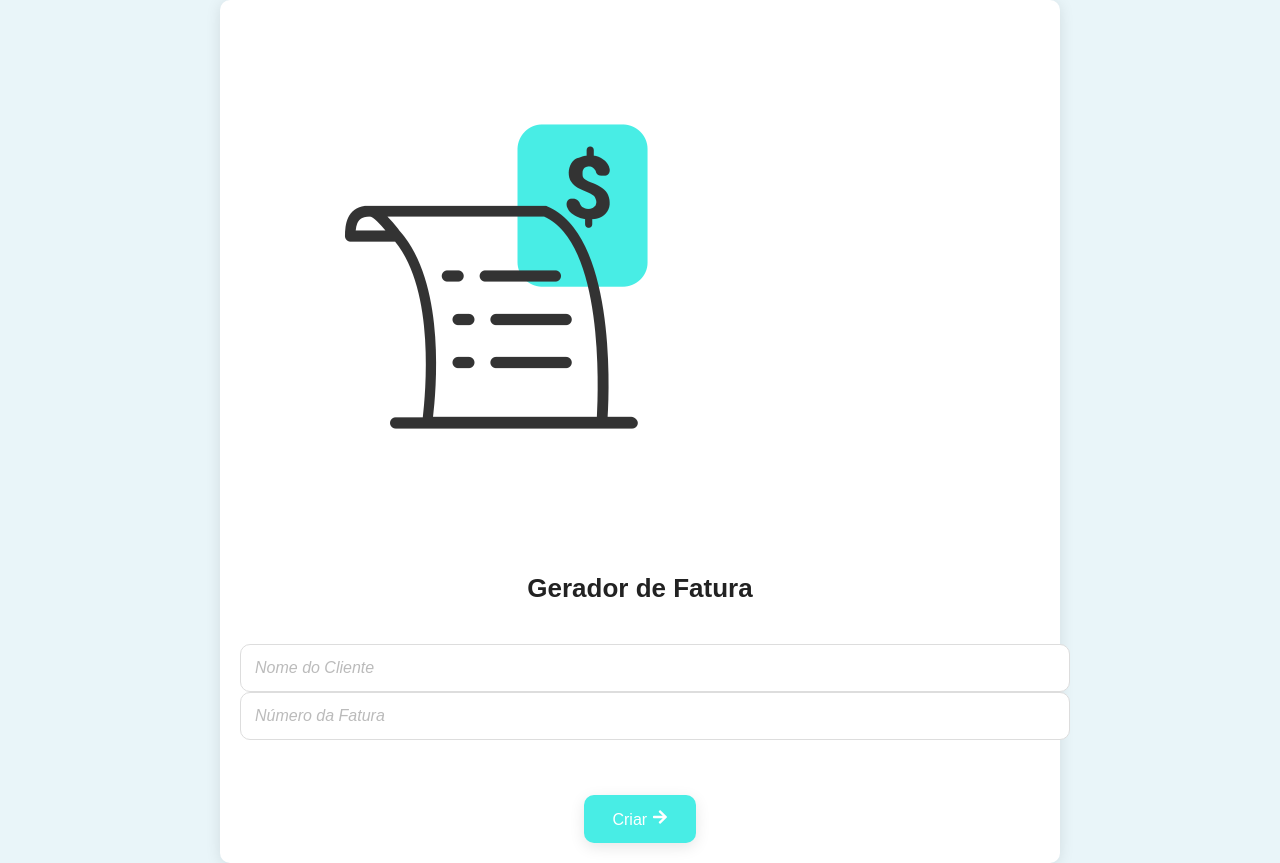
Repository: devthmedu/Invoice-Generator
Page: /
An editor plug-in stored every save of this project. The page is shown before and after the next save, followed by the edit.
The browser window is 1280 px wide. The pictures show the whole page.
The project was rebuilt for these pictures with package versions that can differ from the ones it lists, and the page was loaded fresh each time. Also part of the build but not shown: vite.config.js, src/Componete/Template.jsx.

Above is the page before, as saved 2024-07-16 19:30:27.

### index.html
<!DOCTYPE html>
<html lang="pt-BR">

<head>
  <meta charset="UTF-8" />
  <meta name="viewport" content="width=device-width, initial-scale=1.0" />
  <meta name="description" content="Gere sua fatura de forma simples e rápida com nosso gerador de faturas em React." />
  <meta name="keywords" content="fatura, gerador de faturas, React, financeiro" />
  <meta name="author" content="Thomas Eduardo" />
  <link rel="stylesheet" href="./src/App.css">
  <link rel="icon" href="./public/logo.png" />
  <title>Gere sua Fatura</title>
</head>


<body>
  <div id="root"></div>
  <script type="module" src="./src/main.jsx"></script>
</body>

</html>

### src/App.css
/* App.css */
body {
  font-family: 'Arial', sans-serif;
  background-color: #e9f5f9; /* Soft background */
  margin: 0;
  padding: 0;
}

/* Main container */
.container {
  max-width: 500px;
  margin: 100px auto; /* Centered */
  padding: 40px; /* Increased padding for a spacious look */
  background: white; /* Card style */
  border-radius: 15px; /* Rounded corners */
  box-shadow: 0 6px 30px rgba(0, 0, 0, 0.2); /* Softer shadow */
}

/* Title */
.title {
  text-align: center;
  color: #222; /* Dark text */
  font-size: 26px; /* Larger font size */
  margin-bottom: 40px; /* Increased space below title */
  font-weight: bold; /* Bold text */
}

/* Form structure */
.form {
  display: flex;
  flex-direction: column;
}

.inputs {
  margin-bottom: 25px; /* Increased margin for better spacing */
}

/* Input fields */
input {
  padding: 14px; /* Increased padding */
  border: 1px solid #ddd; /* Light border */
  border-radius: 10px; /* Rounded corners */
  font-size: 16px;
  width: 100%; /* Full width */
  transition: border-color 0.3s, box-shadow 0.3s; /* Smooth transitions */
}

input:focus {
  border-color: #48ede5; /* Focus color */
  box-shadow: 0 0 5px rgba(72, 237, 229, 0.5); /* Shadow on focus */
  outline: none; /* Remove default outline */
}

input::placeholder {
  color: #bbb; /* Placeholder color */
  font-style: italic; /* Italic style for placeholder */
}

input:disabled {
  background-color: #f1f1f1; /* Light gray for disabled */
}

/* Button group */
.buttons {
  display: flex;
  justify-content: center; /* Center buttons */
  margin-top: 30px; /* More space above buttons */
}

/* Button styles */
button {
  background-color: #48ede5; /* Primary color */
  color: white; /* White text */
  border: none;
  border-radius: 10px; /* Rounded corners */
  padding: 14px 28px; /* Increased padding */
  font-size: 16px;
  cursor: pointer;
  transition: background 0.3s, transform 0.3s, box-shadow 0.3s; /* Smooth transitions */
  margin: 0 12px; /* Lateral spacing between buttons */
  box-shadow: 0 4px 15px rgba(0, 0, 0, 0.1); /* Light shadow */
}

/* Button hover effects */
button:hover {
  background-color: #36b4d3; /* Darker shade on hover */
  transform: scale(1.05); /* Slight zoom effect */
  box-shadow: 0 6px 20px rgba(0, 0, 0, 0.15); /* Shadow increase on hover */
}

/* Disabled button */
button:disabled {
  background-color: #c0c0c0; /* Gray when disabled */
  cursor: not-allowed; /* Not allowed cursor */
}

### src/main.jsx
import React from 'react';
import ReactDOM from 'react-dom';
import App from './App';
import 'react-toastify/dist/ReactToastify.css';
import { ToastContainer } from 'react-toastify';

ReactDOM.render(
  <React.StrictMode>
    <ToastContainer />
    <App />
  </React.StrictMode>,
  document.getElementById('root'),
);

### src/App.jsx
import React, { useState, useEffect } from 'react';
import './App.css';
import TemplatePdf from './Componete/Template';
import { FaArrowRight } from 'react-icons/fa';
import { toast } from 'react-toastify';
import logo from '/logo.png';

function App() {
  const [numeroDaFatura, setNumeroDaFatura] = useState('');
  const [nomeCliente, setNomeCliente] = useState('');
  const [data, setData] = useState('');
  const [visualizar, setVisualizar] = useState(true);
  const [loading, setLoading] = useState(false);

  useEffect(() => {
    const atual = new Date();
    const dataFormatada = `${String(atual.getDate()).padStart(2, '0')}/${String(
      atual.getMonth() + 1,
    ).padStart(2, '0')}/${atual.getFullYear()}`;
    setData(dataFormatada);
  }, []);

  const criar = () => {
    if (!numeroDaFatura.match(/^[0-9]+$/)) {
      toast.error('Por favor, insira um número de fatura válido.');
      return;
    }
    if (!nomeCliente) {
      toast.error('Por favor, insira o nome do cliente.');
      return;
    }
    setLoading(true);
    setTimeout(() => {
      toast.success('Fatura criada com sucesso!');
      setLoading(false);
      setVisualizar(false);
    }, 500); // Simulando um delay para uma chamada de API
  };

  return (
    <>
      {visualizar ? (
        <div className="container">
          <img src={logo} alt="Logo" className="logo" />
          <h1 className="title">Gerador de Fatura</h1>
          <div className="form">
            <div className="inputs">
              <input
                type="text"
                placeholder="Nome do Cliente"
                value={nomeCliente}
                onChange={(e) => setNomeCliente(e.target.value)}
                disabled={loading} // Desabilita o input durante o carregamento
                className="input-field"
              />
              <input
                type="text"
                placeholder="Número da Fatura"
                value={numeroDaFatura}
                onChange={(e) => setNumeroDaFatura(e.target.value)}
                disabled={loading} // Desabilita o input durante o carregamento
                className="input-field"
              />
            </div>
            <div className="buttons">
              <button
                onClick={criar}
                disabled={loading}
                className="submit-button"
              >
                {loading ? 'Criando...' : 'Criar'} <FaArrowRight />
              </button>
            </div>
          </div>
        </div>
      ) : (
        <TemplatePdf
          NumeroDaFatura={numeroDaFatura}
          data={data}
          nomeCliente={nomeCliente}
        />
      )}
    </>
  );
}

export default App;

### src/Componete/Template.css
/* Container geral */
.container {
    max-width: 800px;
    margin: 0 auto;
    padding: 20px;
    background: #ffffff;
    border-radius: 10px;
    box-shadow: 0 2px 15px rgba(0, 0, 0, 0.1);
}

/* Logo */
.logo {
    text-align: center;
    margin-bottom: 20px;
}

.logo img {
    max-width: 100px;
}

/* Título */
h1 {
    text-align: center;
    color: #48ede5;
    font-size: 28px;
    margin-bottom: 20px;
}

/* Informações do cliente */
.client-info {
    margin-bottom: 20px;
    font-size: 16px;
    color: #333;
    padding: 10px;
    background-color: #f9f9f9;
    border-radius: 5px;
}

/* Método de pagamento */
.payment-method {
    margin-bottom: 20px;
}

.payment-method select {
    padding: 10px;
    border: 1px solid #ccc;
    border-radius: 5px;
    font-size: 16px;
}

/* Tabela */
.table {
    width: 100%;
    border-collapse: collapse;
    margin-top: 20px;
}

.table thead {
    background: #48ede5;
    color: #ffffff;
}

.table th, .table td {
    padding: 12px;
    text-align: left;
    border-bottom: 1px solid #ddd;
}

.table tbody tr:hover {
    background: #f1f1f1;
}

/* Notas */
.notes {
    margin-top: 20px;
    color: #333;
}

.notes strong {
    display: block;
    margin-bottom: 5px;
    font-weight: bold;
}

/* Botões */
.button-group {
    margin-top: 20px;
    display: flex;
    justify-content: space-between;
}

.print-button, .add-button, .remove-button {
    padding: 10px 15px;
    background: #48ede5;
    color: white;
    border: none;
    border-radius: 5px;
    cursor: pointer;
    transition: background 0.3s ease;
}

.print-button:hover, .add-button:hover, .remove-button:hover {
    background: #36b4d3;
}

/* Título do diálogo */
.dialog-title {
    display: flex;
    justify-content: space-between;
    align-items: center;
}

.dialog-title .hed {
    font-size: 1.5em;
    font-weight: bold;
    color: #48ede5;
}

/* Formulários */
.forms {
    display: flex;
    flex-direction: column;
}

.forms input {
    width: 100%;
    padding: 10px;
    margin: 5px 0;
    border: 1px solid #ccc;
    border-radius: 5px;
    transition: border-color 0.3s;
}

.forms input:focus {
    border-color: #48ede5;
    outline: none;
}

/* Ícones nos produtos */
.table td:first-child {
    display: flex;
    align-items: center;
}

.table td:first-child svg {
    margin-right: 8px; /* Espaçamento entre ícone e texto */
}

/* Estilo de remover produto */
.remove-button {
    background: transparent;
    color: #e74c3c; /* Cor do ícone de remover */
    border: none;
    cursor: pointer;
    display: flex;
    align-items: center;
}

.remove-button:hover {
    color: #c0392b; /* Cor ao passar o mouse */
}

After the next save:
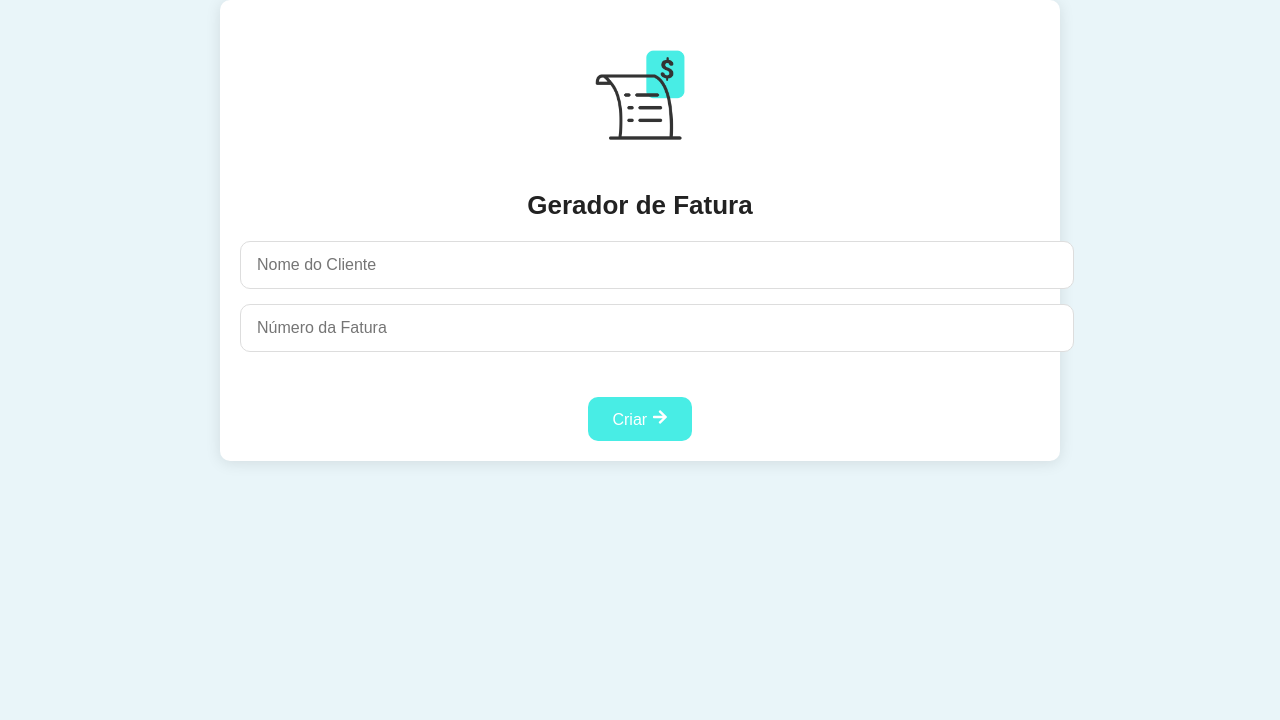
Saved 4 s later.
--- a/src/App.css
+++ b/src/App.css
@@ -1,95 +1,79 @@
-/* App.css */
 body {
   font-family: 'Arial', sans-serif;
-  background-color: #e9f5f9; /* Soft background */
+  background-color: #e9f5f9; /* Light background */
   margin: 0;
   padding: 0;
 }
 
-/* Main container */
 .container {
-  max-width: 500px;
-  margin: 100px auto; /* Centered */
-  padding: 40px; /* Increased padding for a spacious look */
+  max-width: 600px; /* Increased width for better usability */
+  margin: 100px auto; /* Centering */
+  padding: 40px;
   background: white; /* Card style */
   border-radius: 15px; /* Rounded corners */
-  box-shadow: 0 6px 30px rgba(0, 0, 0, 0.2); /* Softer shadow */
+  box-shadow: 0 4px 20px rgba(0, 0, 0, 0.15); /* Soft shadow */
 }
 
-/* Title */
+.logo {
+  display: block;
+  margin: 0 auto 20px; /* Center the logo */
+  max-width: 150px; /* Adjust logo size */
+}
+
 .title {
   text-align: center;
   color: #222; /* Dark text */
-  font-size: 26px; /* Larger font size */
-  margin-bottom: 40px; /* Increased space below title */
-  font-weight: bold; /* Bold text */
+  font-size: 26px; /* Increased font size */
+  margin-bottom: 20px; /* Space below title */
+  font-weight: bold; /* Bold title */
 }
 
-/* Form structure */
 .form {
   display: flex;
-  flex-direction: column;
+  flex-direction: column; /* Column layout for inputs */
 }
 
 .inputs {
-  margin-bottom: 25px; /* Increased margin for better spacing */
+  margin-bottom: 30px; /* More space below inputs */
 }
 
-/* Input fields */
-input {
-  padding: 14px; /* Increased padding */
+.input-field {
+  padding: 14px 16px; /* Increased padding for comfort */
   border: 1px solid #ddd; /* Light border */
   border-radius: 10px; /* Rounded corners */
-  font-size: 16px;
+  font-size: 16px; /* Font size */
   width: 100%; /* Full width */
-  transition: border-color 0.3s, box-shadow 0.3s; /* Smooth transitions */
+  transition: border-color 0.3s; /* Smooth transition */
+  margin-bottom: 15px; /* Space between inputs */
 }
 
-input:focus {
-  border-color: #48ede5; /* Focus color */
-  box-shadow: 0 0 5px rgba(72, 237, 229, 0.5); /* Shadow on focus */
+.input-field:focus {
+  border-color: #48ede5; /* Highlight on focus */
   outline: none; /* Remove default outline */
 }
 
-input::placeholder {
-  color: #bbb; /* Placeholder color */
-  font-style: italic; /* Italic style for placeholder */
-}
-
-input:disabled {
-  background-color: #f1f1f1; /* Light gray for disabled */
-}
-
-/* Button group */
 .buttons {
   display: flex;
   justify-content: center; /* Center buttons */
-  margin-top: 30px; /* More space above buttons */
 }
 
-/* Button styles */
-button {
+.submit-button {
   background-color: #48ede5; /* Primary color */
   color: white; /* White text */
-  border: none;
+  border: none; /* No border */
   border-radius: 10px; /* Rounded corners */
-  padding: 14px 28px; /* Increased padding */
-  font-size: 16px;
-  cursor: pointer;
-  transition: background 0.3s, transform 0.3s, box-shadow 0.3s; /* Smooth transitions */
-  margin: 0 12px; /* Lateral spacing between buttons */
-  box-shadow: 0 4px 15px rgba(0, 0, 0, 0.1); /* Light shadow */
+  padding: 12px 24px; /* Padding */
+  font-size: 16px; /* Font size */
+  cursor: pointer; /* Pointer on hover */
+  transition: background 0.3s, transform 0.3s; /* Smooth transition */
 }
 
-/* Button hover effects */
-button:hover {
-  background-color: #36b4d3; /* Darker shade on hover */
+.submit-button:hover {
+  background-color: #36b4d3; /* Darker on hover */
   transform: scale(1.05); /* Slight zoom effect */
-  box-shadow: 0 6px 20px rgba(0, 0, 0, 0.15); /* Shadow increase on hover */
 }
 
-/* Disabled button */
-button:disabled {
-  background-color: #c0c0c0; /* Gray when disabled */
+.submit-button:disabled {
+  background-color: #c0c0c0; /* Grey when disabled */
   cursor: not-allowed; /* Not allowed cursor */
 }
